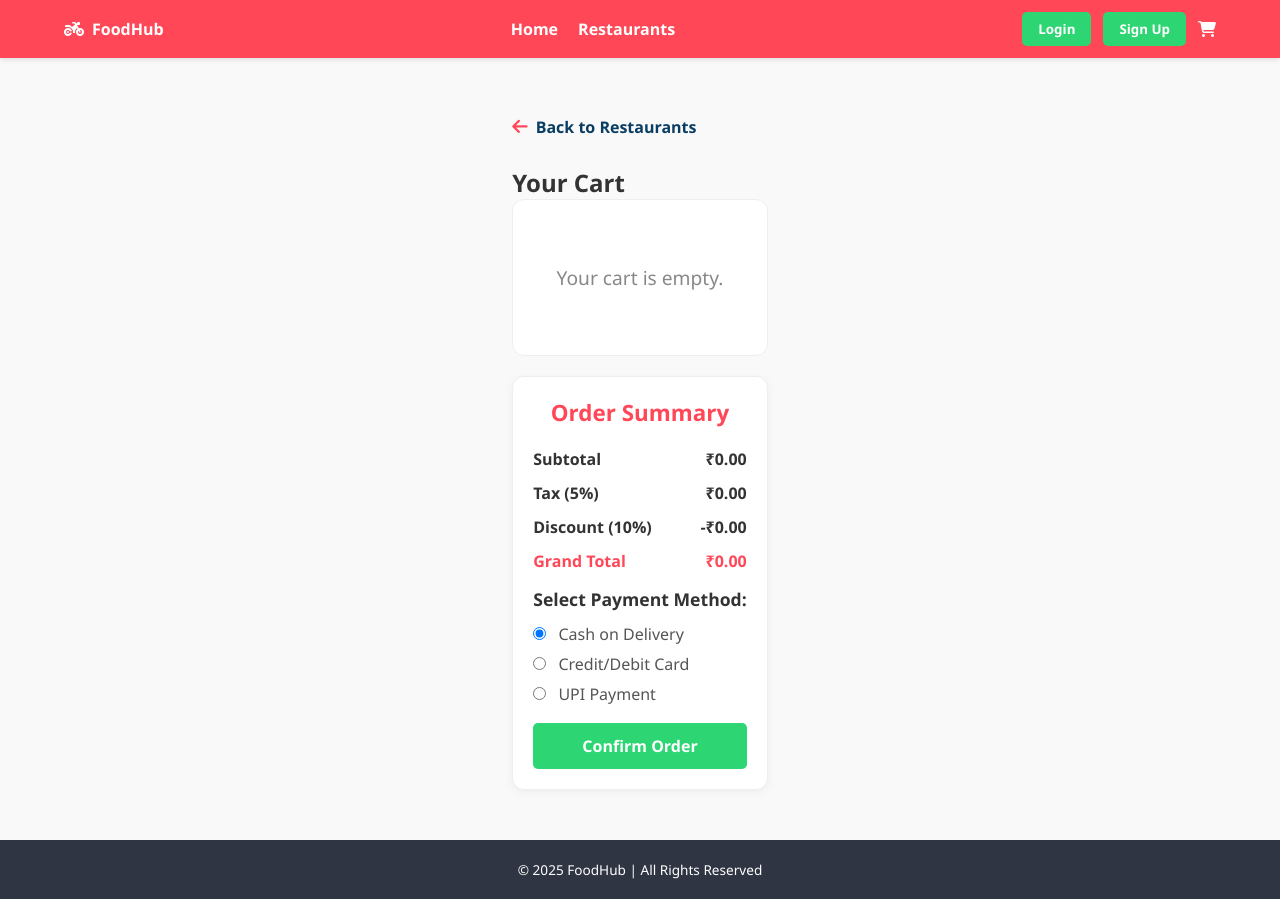
Repository: srinithiashoka/FoodDeliveryApp
Page: http://localhost/FoodDeliveryApp/cart.jsp
These files come from the project's save history. The page is drawn as it stood at one moment and after the next save; the edit follows.
The browser window is 1280 px wide. The pictures show the whole page.
After loading, the first visible `button.checkout-btn` was clicked once.
The page is served by Tomcat 10. Other server files are loaded and not shown. Queries for data that is not in the repository find no rows.

Above is the page before, as saved 2025-12-03 14:58:39.

### FoodDeliveryApp/src/main/webapp/cart.jsp
<%@ page language="java" contentType="text/html; charset=UTF-8" pageEncoding="UTF-8"%>
<%@ page import="java.util.List" %>
<%@ page import="com.foodapp.model.CartItem" %>
<%@ page import="com.foodapp.dao.impl.CartDAOImpl" %>
<%@ page import="com.foodapp.dao.impl.MenuDAOImpl" %>
<%@ page import="com.foodapp.model.Menu" %>
<%@ page import="com.foodapp.model.User" %>

<%
    CartDAOImpl cartDAO = new CartDAOImpl();
    MenuDAOImpl menuDAO = new MenuDAOImpl();

    User user = (User) session.getAttribute("user");
    Integer userId = (user != null) ? user.getUserId() : 0;

    List<CartItem> cartItems = cartDAO.getCartByUser(userId);

    double subtotal = 0;
    for(CartItem item : cartItems){
        subtotal += item.getPrice() * item.getQuantity();
    }
    double tax = subtotal * 0.05;
    double discount = subtotal * 0.1;
    double grandTotal = subtotal + tax - discount;
%>

<!DOCTYPE html>
<html lang="en">
<head>
<meta charset="UTF-8">
<meta name="viewport" content="width=device-width, initial-scale=1.0">
<title>FoodHub - Your Cart</title>
<link rel="stylesheet" href="https://cdnjs.cloudflare.com/ajax/libs/font-awesome/6.5.0/css/all.min.css">
<link rel="stylesheet" href="css/cart.css">
</head>
<body>

<header>
    <div class="container">
        <div class="navbar">
            <div class="logo">
                <i class="fa-solid fa-motorcycle"></i>
                <span>FoodHub</span>
            </div>
            <ul class="nav-menu">
                <li><a href="home.jsp">Home</a></li>
                <li><a href="home.jsp">Restaurants</a></li>
            </ul>
            <div class="nav-actions">
                <% if(user == null){ %>
                    <button onclick="location.href='login.jsp'" class="btn btn-login">Login</button>
                    <button onclick="location.href='signup.jsp'" class="btn btn-signup">Sign Up</button>
                <% } else { %>
                    <span>Welcome, <%= user.getUsername() %></span>
                <% } %>
                <div class="cart-icon-wrapper">
                    <a href="cart.jsp" title="View Cart">
                        <i class="fas fa-shopping-cart"></i>
                    </a>
                    <% if(cartItems.size() > 0) { %>
                        <span class="cart-badge"><%= cartItems.size() %></span>
                    <% } %>
                </div>
            </div>
        </div>
    </div>
</header>

<div class="cart-container">
    <a href="home.jsp" class="back-link"><i class="fa fa-arrow-left"></i> Back to Restaurants</a>
    <h2>Your Cart</h2>

    <% if(cartItems.isEmpty()){ %>
        <p class="empty-cart">Your cart is empty.</p>
    <% } else {
        for(CartItem item : cartItems){
            Menu menu = menuDAO.getMenuItemById(item.getMenuId());
            String imagePath = (menu != null && menu.getImagePath() != null && !menu.getImagePath().isEmpty())
                               ? menu.getImagePath()
                               : "images/default-food.jpg";
    %>
            <div class="cart-item" data-menu-id="<%= item.getMenuId() %>">
                <div class="cart-image">
                    <img src="<%= request.getContextPath() + "/" + imagePath %>"
                         alt="<%= item.getFoodName() %>"
                         onerror="this.src='<%= request.getContextPath() %>/images/default-food.jpg'"
                         style="width: 80px; height: 80px; object-fit: cover;">
                </div>
                <div class="cart-content">
                    <div class="cart-header">
                        <h3><%= item.getFoodName() %></h3>
                        <div class="cart-price" data-price="<%= item.getPrice() %>">₹<%= item.getPrice() %></div>
                    </div>
                    <div class="quantity-controls">
                        <button class="qty-btn decrease">-</button>
                        <input type="number" class="quantity-input" value="<%= item.getQuantity() %>" min="1" max="99">
                        <button class="qty-btn increase">+</button>
                        <button class="btn-remove">Remove</button>
                    </div>
                </div>
            </div>
    <% }} %>

    <div class="cart-summary">
        <h3>Order Summary</h3>
        <div class="summary-row">Subtotal <span id="subtotal">₹<%= String.format("%.2f", subtotal) %></span></div>
        <div class="summary-row">Tax (5%) <span id="tax">₹<%= String.format("%.2f", tax) %></span></div>
        <div class="summary-row">Discount (10%) <span id="discount">-₹<%= String.format("%.2f", discount) %></span></div>
        <div class="summary-row grand-total">Grand Total <span id="grandTotal">₹<%= String.format("%.2f", grandTotal) %></span></div>

        <div class="payment-method">
            <h4>Select Payment Method:</h4>
            <label><input type="radio" name="payment" value="cash" checked> Cash on Delivery</label>
            <label><input type="radio" name="payment" value="card"> Credit/Debit Card</label>
            <label><input type="radio" name="payment" value="upi"> UPI Payment</label>
        </div>

        <button class="checkout-btn" onclick="confirmOrder()">Confirm Order</button>
    </div>
</div>

<footer>
    <p>© 2025 FoodHub | All Rights Reserved</p>
</footer>

<script>
function updateTotals() {
    let subtotal = 0;
    document.querySelectorAll('.cart-item').forEach(item => {
        const qty = parseInt(item.querySelector('.quantity-input').value) || 0;
        const price = parseFloat(item.querySelector('.cart-price').dataset.price) || 0;
        subtotal += qty * price;
    });
    const tax = subtotal * 0.05;
    const discount = subtotal * 0.1;
    const grandTotal = subtotal + tax - discount;

    document.getElementById('subtotal').textContent = '₹' + subtotal.toFixed(2);
    document.getElementById('tax').textContent = '₹' + tax.toFixed(2);
    document.getElementById('discount').textContent = '-₹' + discount.toFixed(2);
    document.getElementById('grandTotal').textContent = '₹' + grandTotal.toFixed(2);
}

function updateCartServer(menuId, quantity) {
    fetch('<%= request.getContextPath() %>/updateCart', {
        method: 'POST',
        headers: {'Content-Type': 'application/x-www-form-urlencoded'},
        body: `menuId=${menuId}&quantity=${quantity}`
    }).catch(err => console.error('Cart update failed:', err));
}

// Confirm Order
function confirmOrder() {
    const payment = document.querySelector('input[name="payment"]:checked').value;
    fetch('<%= request.getContextPath() %>/confirmOrder', {
        method: 'POST',
        headers: {'Content-Type': 'application/x-www-form-urlencoded'},
        body: `payment=${payment}`
    })
    .then(response => {
        if(response.ok){
            alert('Order placed successfully!');
            window.location.href = '<%= request.getContextPath() %>/success.jsp';
        } else {
            alert('Order failed. Please try again.');
        }
    }).catch(err => console.error('Order request failed:', err));
}

document.addEventListener('DOMContentLoaded', function() {
    document.querySelectorAll('.cart-item').forEach(item => {
        const qtyInput = item.querySelector('.quantity-input');

        // Increase button
        item.querySelector('.increase').addEventListener('click', () => {
            let currentQty = parseInt(qtyInput.value) || 1;
            qtyInput.value = currentQty + 1;
            updateTotals();
            updateCartServer(item.dataset.menuId, qtyInput.value);
        });

        // Decrease button
        item.querySelector('.decrease').addEventListener('click', () => {
            let currentQty = parseInt(qtyInput.value) || 1;
            if(currentQty > 1) {
                qtyInput.value = currentQty - 1;
                updateTotals();
                updateCartServer(item.dataset.menuId, qtyInput.value);
            }
        });

        // Remove button
        item.querySelector('.btn-remove').addEventListener('click', () => {
            updateCartServer(item.dataset.menuId, 0);
            item.style.opacity = '0.5';
            setTimeout(() => item.remove(), 300);
            updateTotals();
        });

        // Quantity input change
        qtyInput.addEventListener('change', () => {
            let qty = parseInt(qtyInput.value) || 1;
            if(qty < 1) qty = 1;
            if(qty > 99) qty = 99;
            qtyInput.value = qty;
            updateTotals();
            updateCartServer(item.dataset.menuId, qty);
        });
    });
});
</script>

</body>
</html>

### FoodDeliveryApp/src/main/java/com/foodapp/dao/impl/MenuDAOImpl.java
package com.foodapp.dao.impl;

import com.foodapp.dao.MenuDAO;
import com.foodapp.model.Menu;
import com.foodapp.util.DBConnection;

import java.sql.*;
import java.util.ArrayList;
import java.util.List;

public class MenuDAOImpl implements MenuDAO {

    @Override
    public boolean addMenuItem(Menu menu) {
        String sql = "INSERT INTO menu (restaurantId, itemName, description, price, isAvailable, imagePath) VALUES (?, ?, ?, ?, ?, ?)";
        try (Connection conn = DBConnection.getConnection();
             PreparedStatement ps = conn.prepareStatement(sql)) {
            ps.setInt(1, menu.getRestaurantId());
            ps.setString(2, menu.getItemName());
            ps.setString(3, menu.getDescription());
            ps.setDouble(4, menu.getPrice());
            ps.setBoolean(5, menu.isAvailable());
            ps.setString(6, menu.getImagePath());
            return ps.executeUpdate() > 0;
        } catch (SQLException e) { e.printStackTrace(); }
        return false;
    }

    @Override
    public boolean updateMenuItem(Menu menu) {
        String sql = "UPDATE menu SET restaurantId=?, itemName=?, description=?, price=?, isAvailable=?, imagePath=? WHERE menuId=?";
        try (Connection conn = DBConnection.getConnection();
             PreparedStatement ps = conn.prepareStatement(sql)) {
            ps.setInt(1, menu.getRestaurantId());
            ps.setString(2, menu.getItemName());
            ps.setString(3, menu.getDescription());
            ps.setDouble(4, menu.getPrice());
            ps.setBoolean(5, menu.isAvailable());
            ps.setString(6, menu.getImagePath());
            ps.setInt(7, menu.getMenuId());
            return ps.executeUpdate() > 0;
        } catch (SQLException e) { e.printStackTrace(); }
        return false;
    }

    @Override
    public boolean deleteMenuItem(int menuId) {
        String sql = "DELETE FROM menu WHERE menuId=?";
        try (Connection conn = DBConnection.getConnection();
             PreparedStatement ps = conn.prepareStatement(sql)) {
            ps.setInt(1, menuId);
            return ps.executeUpdate() > 0;
        } catch (SQLException e) { e.printStackTrace(); }
        return false;
    }

    @Override
    public Menu getMenuItemById(int menuId) {
        String sql = "SELECT * FROM menu WHERE menuId=?";
        try (Connection conn = DBConnection.getConnection();
             PreparedStatement ps = conn.prepareStatement(sql)) {
            ps.setInt(1, menuId);
            ResultSet rs = ps.executeQuery();
            if (rs.next()) return extractMenu(rs);
        } catch (SQLException e) { e.printStackTrace(); }
        return null;
    }

    @Override
    public List<Menu> getAllMenuItems() {
        List<Menu> list = new ArrayList<>();
        String sql = "SELECT * FROM menu";
        try (Connection conn = DBConnection.getConnection();
             Statement st = conn.createStatement();
             ResultSet rs = st.executeQuery(sql)) {
            while (rs.next()) list.add(extractMenu(rs));
        } catch (SQLException e) { e.printStackTrace(); }
        return list;
    }

    @Override
    public List<Menu> getMenuByRestaurant(int restaurantId) {
        List<Menu> list = new ArrayList<>();
        String sql = "SELECT * FROM menu WHERE restaurantId=?";
        try (Connection conn = DBConnection.getConnection();
             PreparedStatement ps = conn.prepareStatement(sql)) {
            ps.setInt(1, restaurantId);
            ResultSet rs = ps.executeQuery();
            while (rs.next()) list.add(extractMenu(rs));
        } catch (SQLException e) { e.printStackTrace(); }
        return list;
    }

    private Menu extractMenu(ResultSet rs) throws SQLException {
        Menu menu = new Menu();
        menu.setMenuId(rs.getInt("menuId"));
        menu.setRestaurantId(rs.getInt("restaurantId"));
        menu.setItemName(rs.getString("itemName"));
        menu.setDescription(rs.getString("description"));
        menu.setPrice(rs.getDouble("price"));
        menu.setAvailable(rs.getBoolean("isAvailable"));
        menu.setImagePath(rs.getString("imagePath"));
        return menu;
    }
}

### FoodDeliveryApp/src/main/java/com/foodapp/servlet/ConfirmOrderServlet.java
package com.foodapp.servlet;

import com.foodapp.dao.impl.CartDAOImpl;
import com.foodapp.dao.impl.OrderDAOImpl;
import com.foodapp.dao.impl.OrderItemDAOImpl;
import com.foodapp.model.CartItem;
import com.foodapp.model.Order;
import com.foodapp.model.OrderItem;
import com.foodapp.model.User;

import jakarta.servlet.ServletException;
import jakarta.servlet.annotation.WebServlet;
import jakarta.servlet.http.*;
import java.io.IOException;
import java.sql.Timestamp;
import java.util.List;

@WebServlet("/confirmOrder")
public class ConfirmOrderServlet extends HttpServlet {

    @Override
    protected void doPost(HttpServletRequest request, HttpServletResponse response) throws ServletException, IOException {

        HttpSession session = request.getSession();
        User user = (User) session.getAttribute("user");

        if (user == null) {
            response.setStatus(HttpServletResponse.SC_UNAUTHORIZED);
            return;
        }

        String payment = request.getParameter("payment");

        CartDAOImpl cartDAO = new CartDAOImpl();
        OrderDAOImpl orderDAO = new OrderDAOImpl();
        OrderItemDAOImpl orderItemDAO = new OrderItemDAOImpl();

        List<CartItem> cartItems = cartDAO.getCartByUser(user.getUserId());
        if (cartItems.isEmpty()) {
            response.setStatus(HttpServletResponse.SC_BAD_REQUEST);
            return;
        }

        // Calculate totals
        double subtotal = 0;
        for (CartItem item : cartItems) {
            subtotal += item.getPrice() * item.getQuantity();
        }
        double tax = subtotal * 0.05;
        double discount = subtotal * 0.1;
        double grandTotal = subtotal + tax - discount;

        // Create Order
        Order order = new Order();
        order.setUserId(user.getUserId());
        order.setRestaurantId(cartItems.get(0).getRestaurantId()); // assuming all items from same restaurant
        order.setOrderDate(new Timestamp(System.currentTimeMillis()));
        order.setTotalAmount(grandTotal);
        order.setStatus("Pending");
        order.setPaymentMode(payment);

        int orderId = orderDAO.addOrderReturnId(order); // add order and get generated ID

        if (orderId > 0) {
            // Save Order Items
            for (CartItem cartItem : cartItems) {
                OrderItem orderItem = new OrderItem();
                orderItem.setOrderId(orderId);
                orderItem.setMenuId(cartItem.getMenuId());
                orderItem.setQuantity(cartItem.getQuantity());
                orderItem.setTotalPrice(cartItem.getPrice() * cartItem.getQuantity());
                orderItemDAO.addOrderItem(orderItem);
            }

            // Clear user's cart
            cartDAO.clearCartByUserId(user.getUserId());

            response.setStatus(HttpServletResponse.SC_OK);
        } else {
            response.setStatus(HttpServletResponse.SC_INTERNAL_SERVER_ERROR);
        }
    }
}

Loaded but not shown: FoodDeliveryApp/src/main/java/com/foodapp/dao/impl/CartDAOImpl.java (246 lines, source omitted); FoodDeliveryApp/src/main/webapp/css/cart.css (273 lines, source omitted)

After the next save:
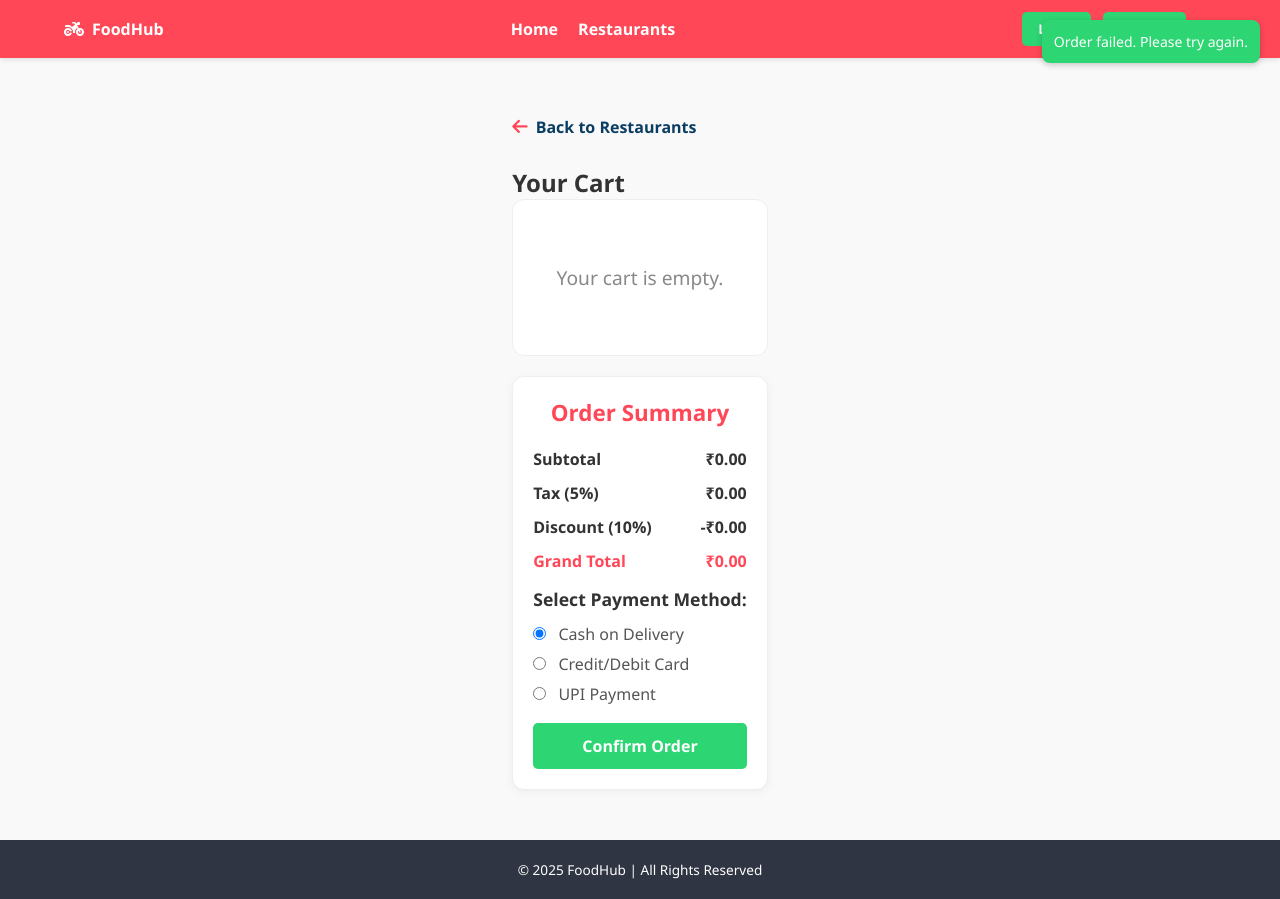
Saved 113 s later.
--- a/FoodDeliveryApp/src/main/webapp/cart.jsp
+++ b/FoodDeliveryApp/src/main/webapp/cart.jsp
@@ -34,6 +34,9 @@
 <link rel="stylesheet" href="css/cart.css">
 </head>
 <body>
+
+<!-- Toast -->
+<div id="toast"></div>
 
 <header>
     <div class="container">
@@ -124,6 +127,17 @@
 </footer>
 
 <script>
+// Toast function
+function showToast(message) {
+    const toast = document.getElementById("toast");
+    toast.textContent = message;
+    toast.className = "show";
+    setTimeout(() => {
+        toast.className = toast.className.replace("show", "");
+    }, 3000);
+}
+
+// Update totals
 function updateTotals() {
     let subtotal = 0;
     document.querySelectorAll('.cart-item').forEach(item => {
@@ -141,6 +155,7 @@ function updateTotals() {
     document.getElementById('grandTotal').textContent = '₹' + grandTotal.toFixed(2);
 }
 
+// Update cart quantity to server
 function updateCartServer(menuId, quantity) {
     fetch('<%= request.getContextPath() %>/updateCart', {
         method: 'POST',
@@ -159,27 +174,30 @@ function confirmOrder() {
     })
     .then(response => {
         if(response.ok){
-            alert('Order placed successfully!');
-            window.location.href = '<%= request.getContextPath() %>/success.jsp';
+            showToast("Order placed successfully!");
+            setTimeout(() => {
+                window.location.href = '<%= request.getContextPath() %>/trackorder.jsp';
+            }, 1200);
         } else {
-            alert('Order failed. Please try again.');
+            showToast("Order failed. Please try again.");
         }
-    }).catch(err => console.error('Order request failed:', err));
-}
-
+    }).catch(err => {
+        console.error('Order request failed:', err);
+        showToast("Order failed. Please try again.");
+    });
+}
+
+// Quantity and Remove Button Events
 document.addEventListener('DOMContentLoaded', function() {
     document.querySelectorAll('.cart-item').forEach(item => {
         const qtyInput = item.querySelector('.quantity-input');
 
-        // Increase button
         item.querySelector('.increase').addEventListener('click', () => {
             let currentQty = parseInt(qtyInput.value) || 1;
             qtyInput.value = currentQty + 1;
             updateTotals();
             updateCartServer(item.dataset.menuId, qtyInput.value);
         });
-
-        // Decrease button
         item.querySelector('.decrease').addEventListener('click', () => {
             let currentQty = parseInt(qtyInput.value) || 1;
             if(currentQty > 1) {
@@ -188,16 +206,12 @@ document.addEventListener('DOMContentLoaded', function() {
                 updateCartServer(item.dataset.menuId, qtyInput.value);
             }
         });
-
-        // Remove button
         item.querySelector('.btn-remove').addEventListener('click', () => {
             updateCartServer(item.dataset.menuId, 0);
             item.style.opacity = '0.5';
             setTimeout(() => item.remove(), 300);
             updateTotals();
         });
-
-        // Quantity input change
         qtyInput.addEventListener('change', () => {
             let qty = parseInt(qtyInput.value) || 1;
             if(qty < 1) qty = 1;
